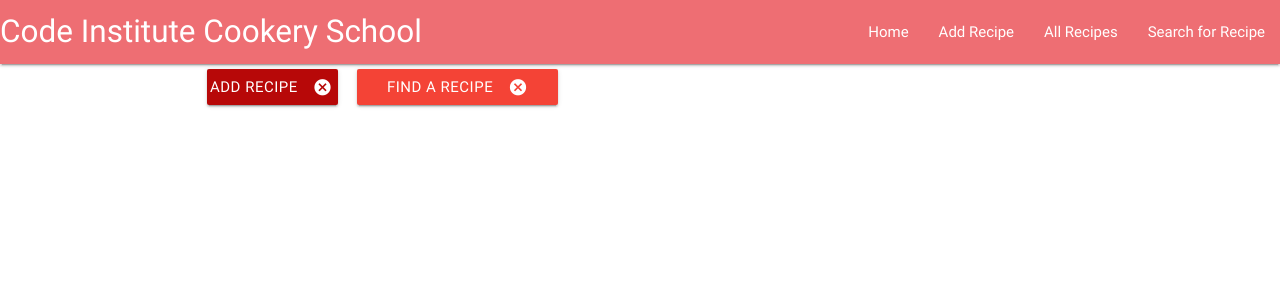
Repository: nakitamccool/francisillingworth-milestone-project-3
Page: http://localhost/
The author's editor kept a record of every edit. The page is drawn from the files as they stood at one moment, then again after the next edit.
The browser window is 1280 px wide. The pictures show the whole page.
The page is served by the project's application, run on Flask 3 (app.py).

Above is the page before.

After the next edit:
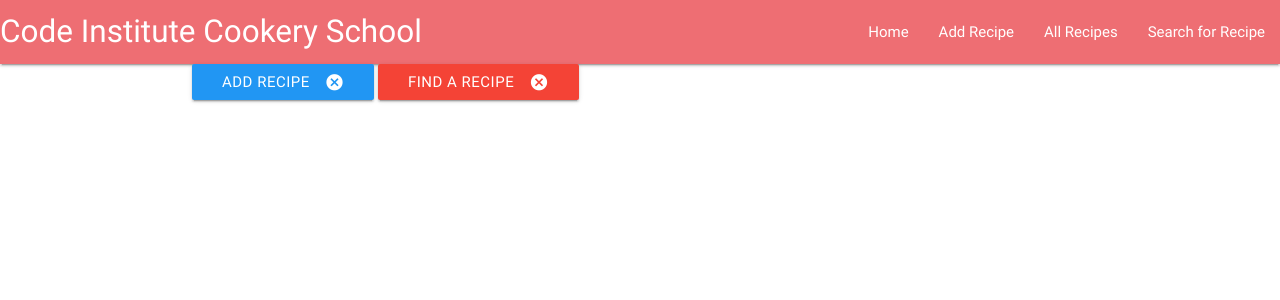
The edit:
--- a/templates/index.html
+++ b/templates/index.html
@@ -1,6 +1,6 @@
 {% extends 'base.html' %} {% block content %}
 
-<a href="{{ url_for('get_recipes') }}" class="waves-effect waves-light btn cancel_button">
+<a href="{{ url_for('get_recipes') }}" class="waves-effect waves-light btn blue">
                 <i class="material-icons right">cancel</i>Add Recipe
             </a>
 
